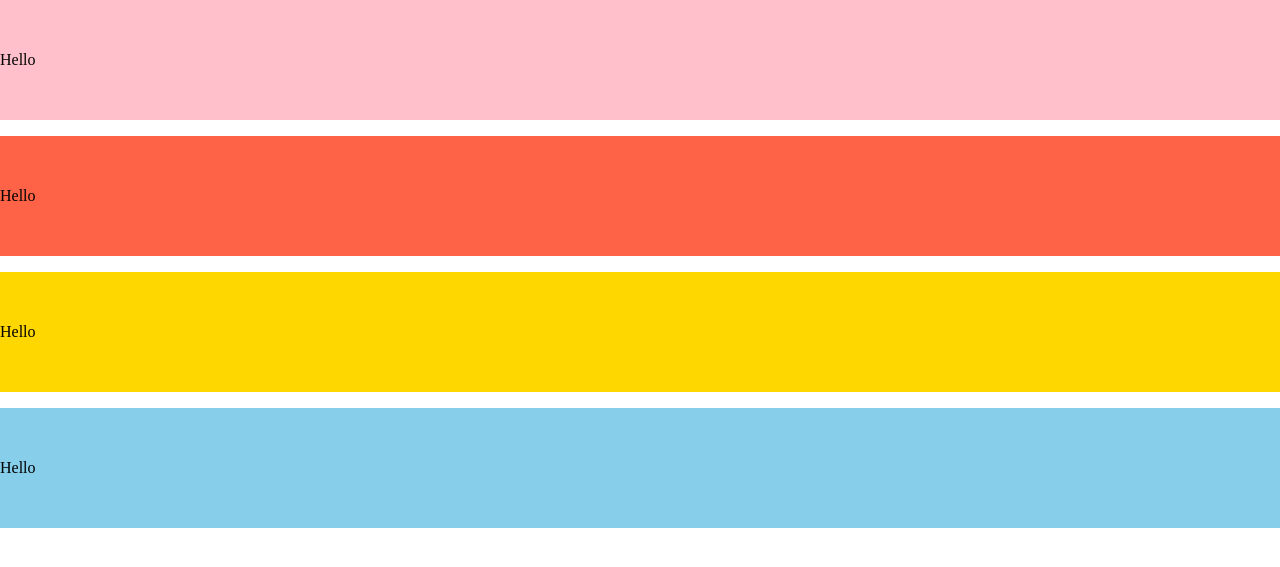
Repository: minoto9/vue_tutorial
Page: 1.html
The author's editor kept a copy of each file at every save. The page is drawn from the files as they stood at one save, then again after the next save.
The browser window is 1280 px wide. The pictures show the whole page.

Above is the page before, as saved 2019-07-10 17:52:32.

After the next save:
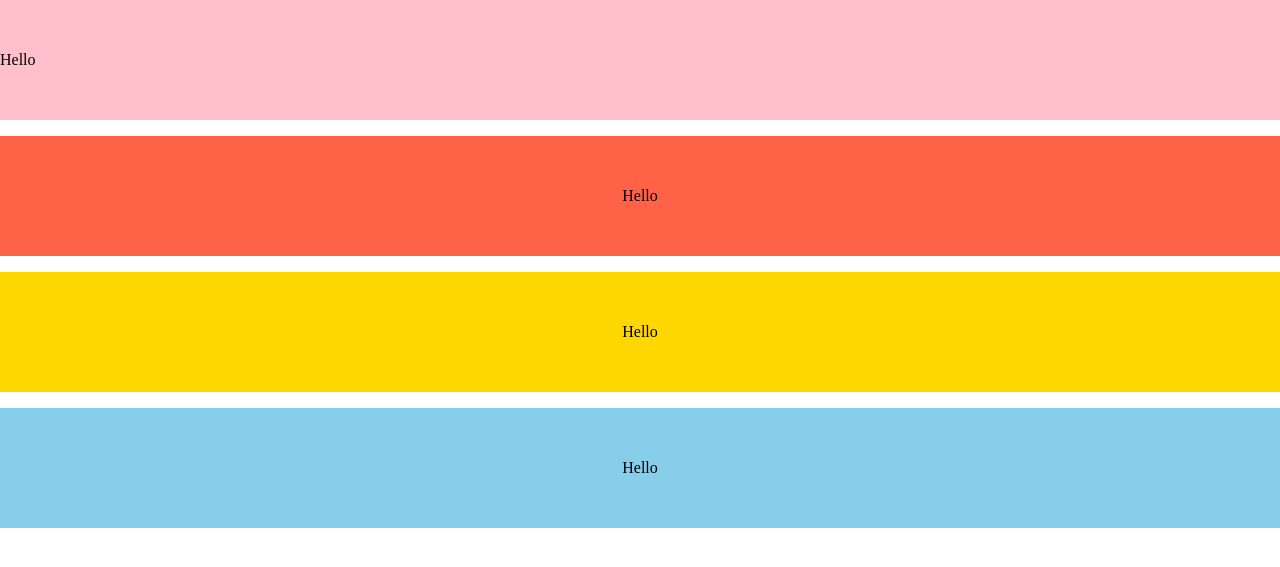
Saved 31 s later.
--- a/1.css
+++ b/1.css
@@ -1,6 +1,5 @@
 body {
     margin: 0;
-    padding: 0;
 }
 
 div {
@@ -13,12 +12,15 @@ div {
 
 .tomato {
     background-color: tomato;
+    text-align: center;
 }
 
 .gold {
     background-color: gold;
+    text-align: center;
 }
 
 .skyblue {
     background-color: skyblue;
+    text-align: center;
 }
